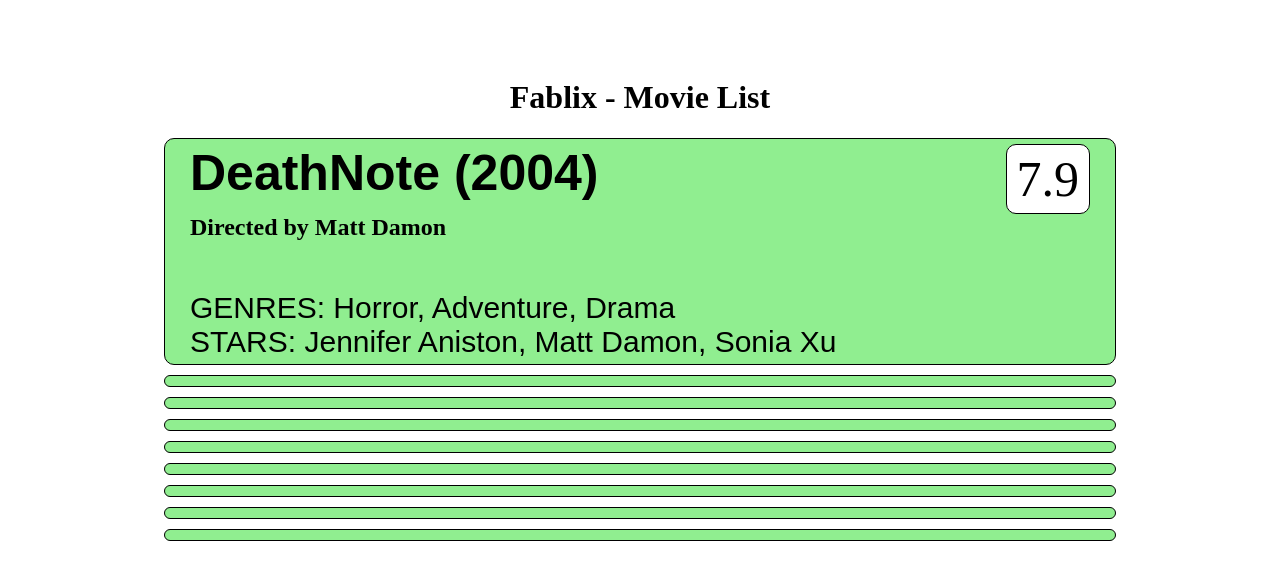
Repository: csumphan/fablix
Page: http://localhost/Project1/
These files come from the project's save history. The page is drawn as it stood at one moment and after a run of saves; the edit follows.
The browser window is 1280 px wide. The pictures show the whole page.
Some web fonts or font styles are not loaded; a fallback is used. The page is served by Tomcat 9. Nobody is signed in. The application's start-up code is not run.

Above is the page before, as saved 2018-01-23 00:19:17.

After the next 2 saves:
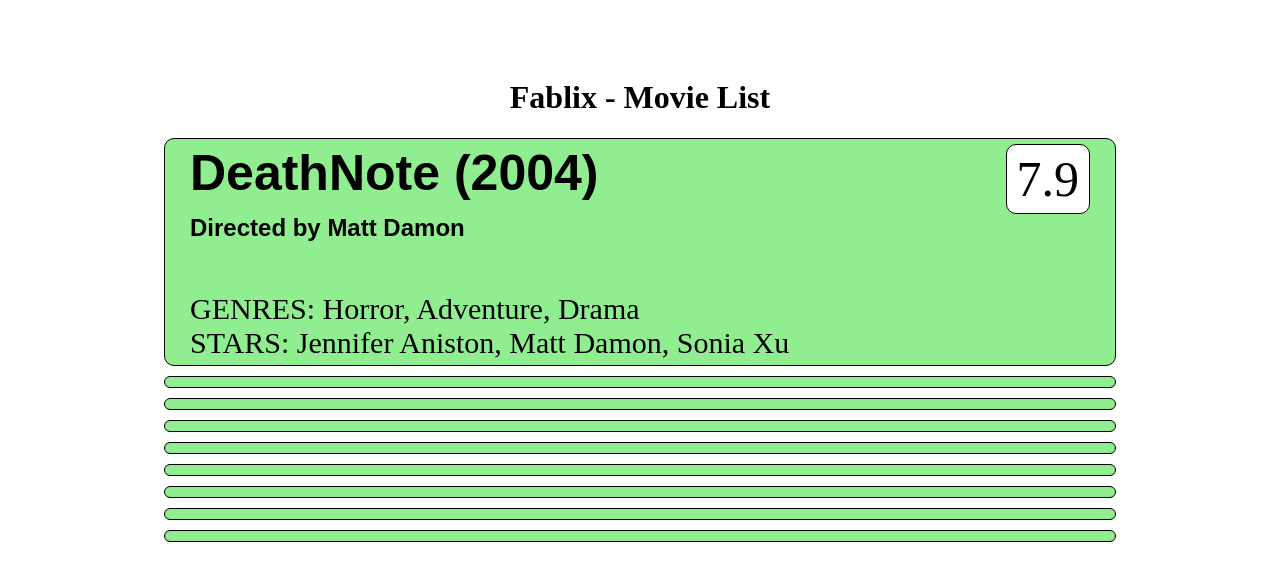
The 2 saves are shown as one change because they came seconds apart.
The last was saved 15 s later.
--- a/Project1/WebContent/styles.css
+++ b/Project1/WebContent/styles.css
@@ -35,11 +35,11 @@
 }
 
 .sub-header-container > h2 {
+	font-family: 'Libre Franklin', sans-serif;
 	margin: 0px;
 }
 
 .info-container {
-	font-family: 'Libre Franklin', sans-serif;
 	font-size: 30px;
 	margin-top: 50px;
 	display: flex;
